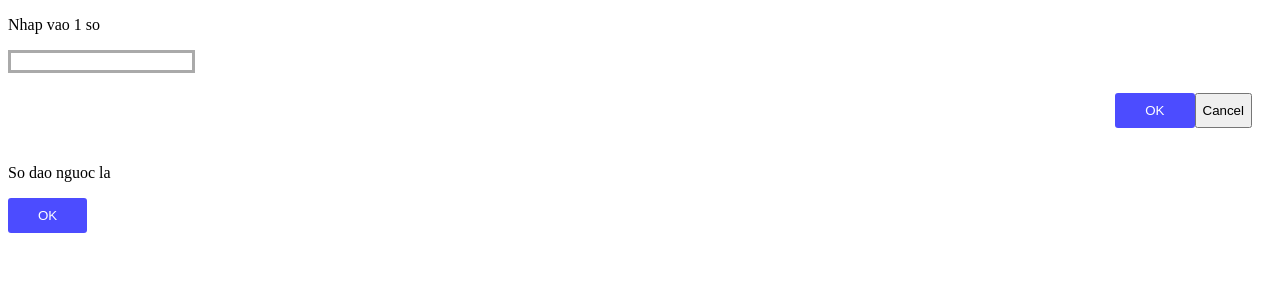
Repository: lhggiang/Sodaonguoc
Page: index.html
The author's editor kept a copy of each file at every save. The page is drawn from the files as they stood at one save, then again after the next save.
The browser window is 1280 px wide. The pictures show the whole page.

Above is the page before, as saved 2023-05-19 06:55:20.

### index.html
<!DOCTYPE html>
<html lang="en">

<head>
    <meta charset="UTF-8">
    <meta http-equiv="X-UA-Compatible" content="IE=edge">
    <meta name="viewport" content="width=device-width, initial-scale=1.0">
    <link rel="stylesheet" href="./style.css">
    <title>Document</title>
</head>

<body>
    <div class="sodaonguoc">
        <p>Nhap vao 1 so</p>
        <input type="number" id="num">
        <div class="btn">
            <button id="yes" class="ok">OK</button>
            <button>Cancel</button>
        </div>
        <p>So dao nguoc la <span id="result"></span></p>
        <button class="ok">OK</button>
    </div>

    <script src="./javascript.js"></script>
</body>

</html>

### style.css
#num {
  border: 3px solid #aaa;
}

.btn {
  display: flex;
  justify-content: flex-end;
  padding: 20px;
}

.ok {
  background: rgba(0, 0, 255, 0.7);
  padding: 10px 30px;
  color: white;
  border-radius: 3px;
  border: none;
}

### javascript.js
//So dao nguoc
//C1:
document.getElementById("yes").onclick = function () {
  let num = parseInt(document.getElementById("num").value);
  let res = 0;
  while (num > 0) {
    res = res * 10 + (num % 10);
    num = parseInt(num / 10);
  }
  let result = document.getElementById("result");
  result.innerHTML = res;
};

After the next save:
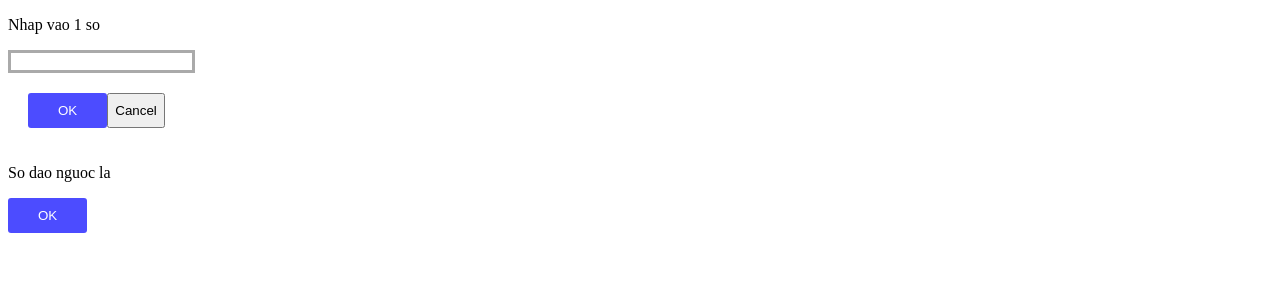
Saved 16 s later.
--- a/style.css
+++ b/style.css
@@ -4,7 +4,7 @@
 
 .btn {
   display: flex;
-  justify-content: flex-end;
+  /* justify-content: flex-end; */
   padding: 20px;
 }
 
